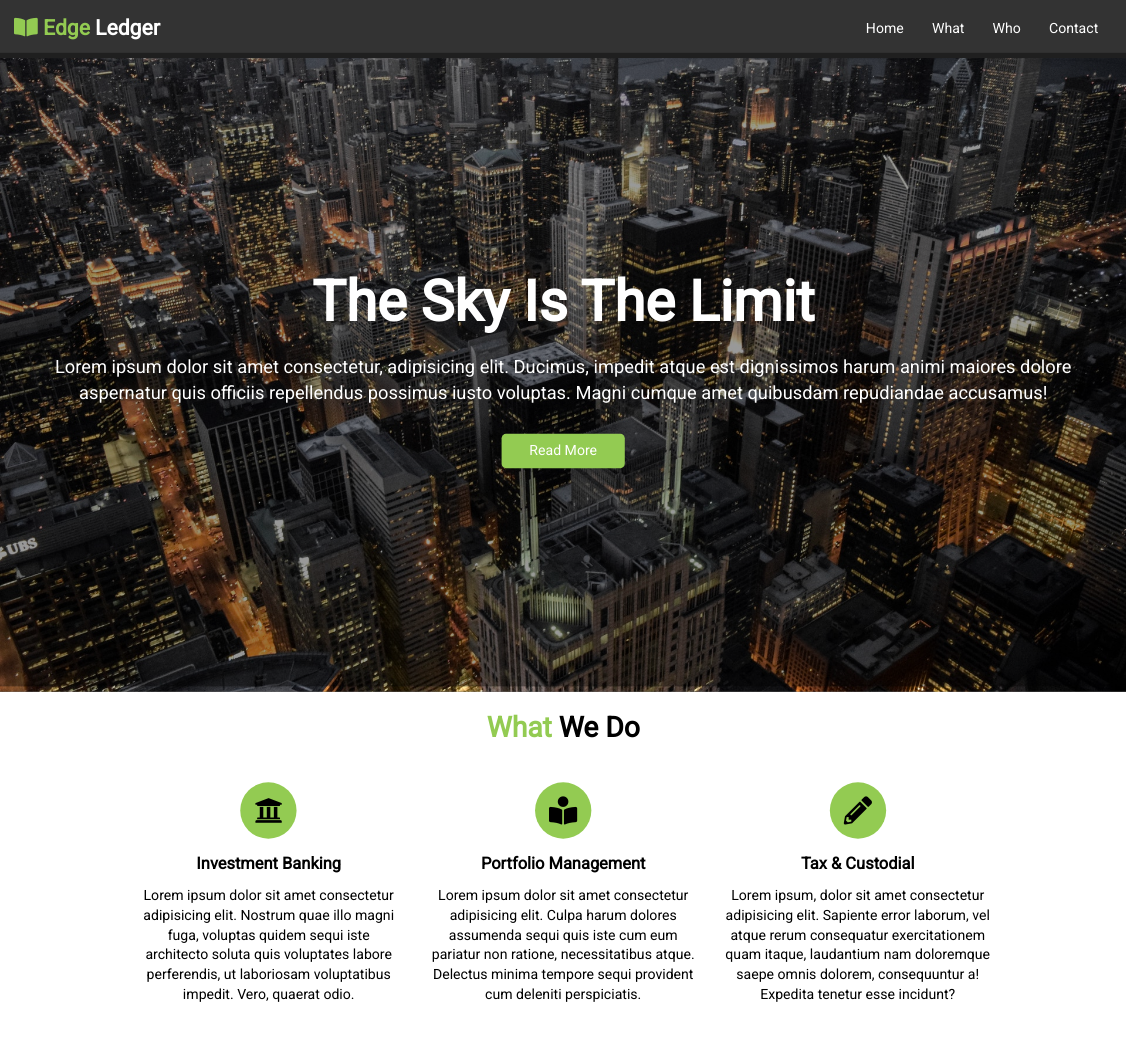
Repository: minhtien9/EdgeLedger-Financial-Web
Page: index.html
An editor plug-in stored every save of this project. The page is shown before and after the next save, followed by the edit.
The browser window is 1280 px wide. The pictures show the whole page, at 88% of full size.

Above is the page before, as saved 2021-08-16 22:21:17.

After the next save:
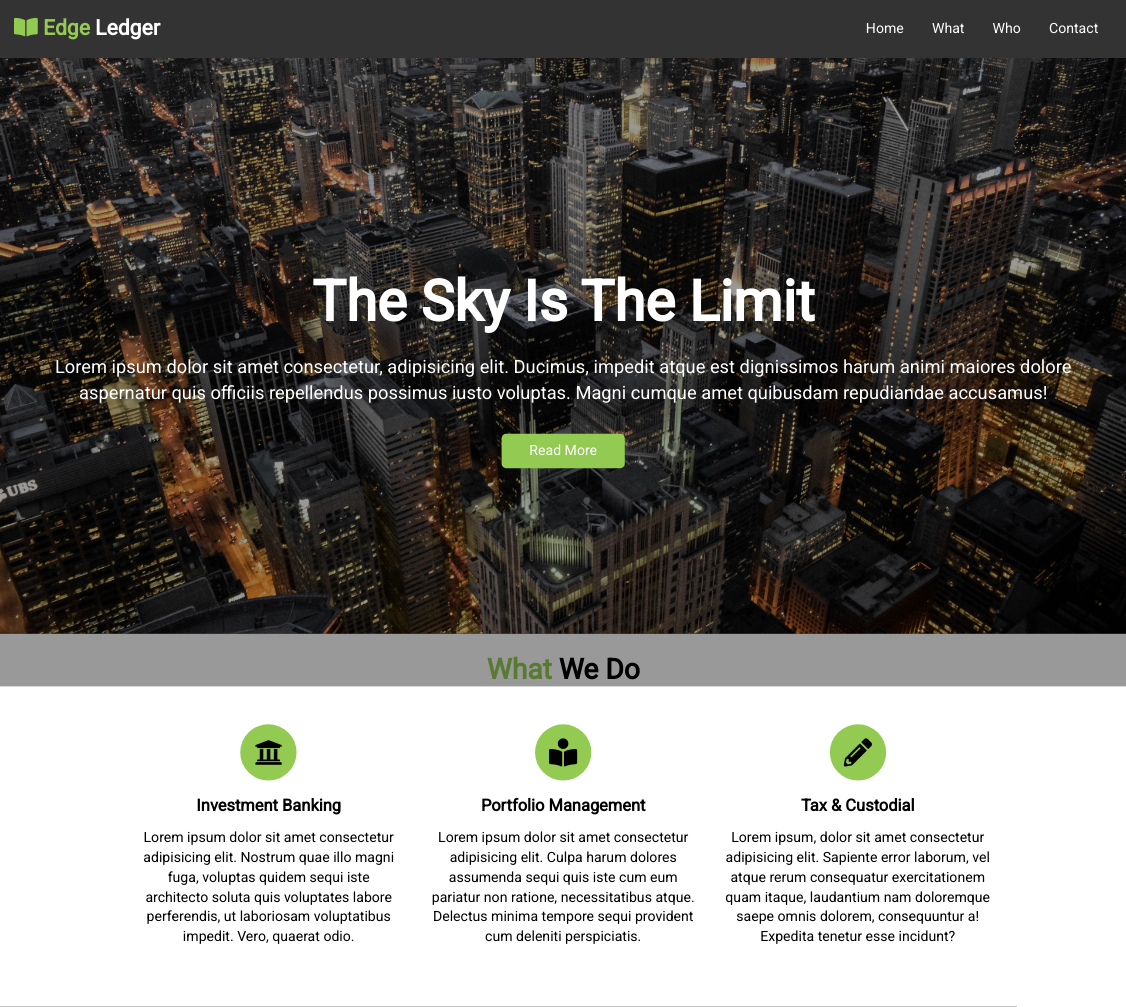
Saved 105 s later.
--- a/css/style.css
+++ b/css/style.css
@@ -95,6 +95,8 @@
     justify-content: space-between;
     z-index: 1;
     padding: 1rem;
+    position: fixed;
+    width: 100%;
 }
 
 #navbar ul {
